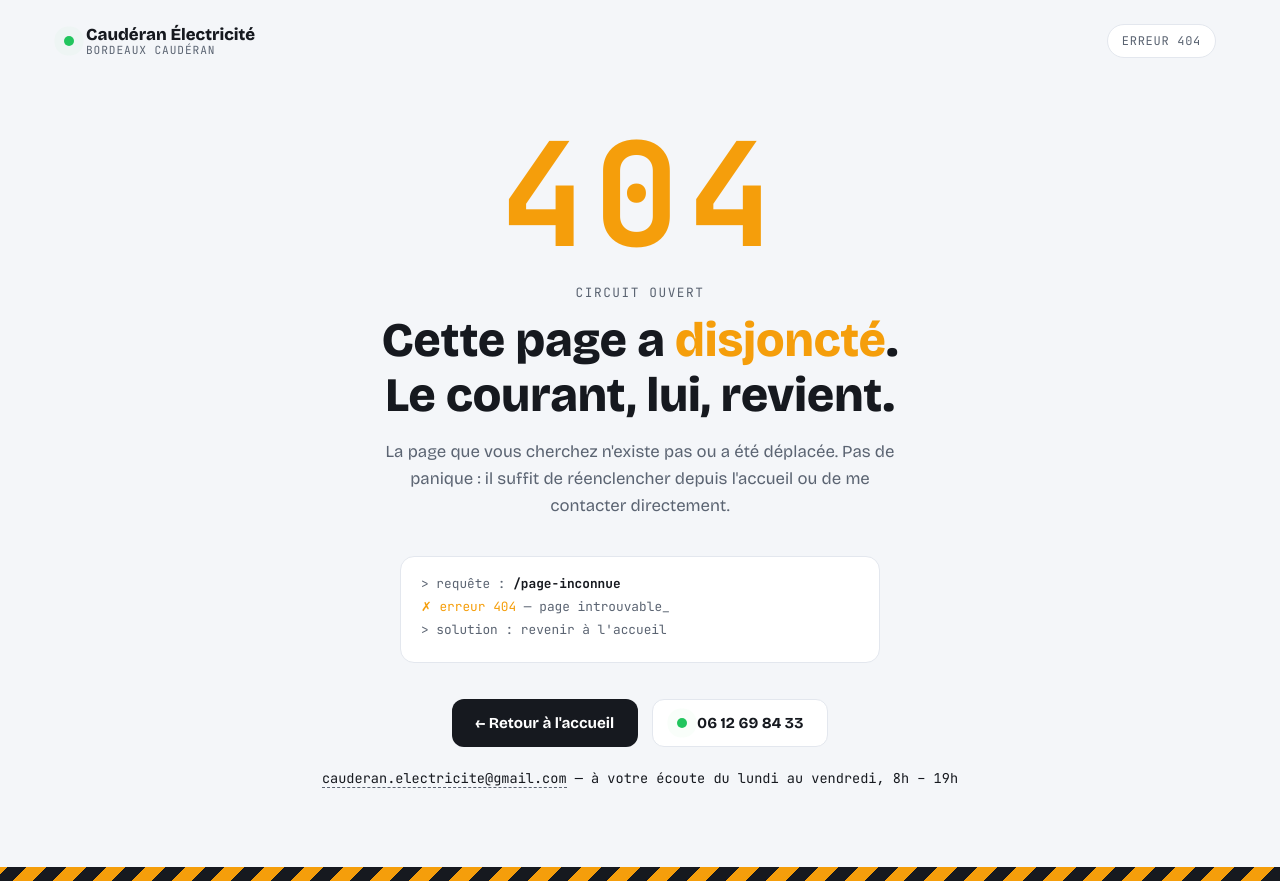
Repository: cauderanelectricite/cauderanelectricite.github.io
Page: 404.html
These files come from the project's save history. The page is drawn as it stood at one moment and after the next save; the edit follows.
The browser window is 1280 px wide. The pictures show the whole page.

Above is the page before, as saved 2026-09-29 20:29:58.

### 404.html
<!DOCTYPE html>
<html lang="fr">
<head>
  <meta charset="UTF-8">
  <meta name="viewport" content="width=device-width, initial-scale=1.0">
  <title>Page introuvable (404) — Caudéran Électricité</title>
  <meta name="description" content="Cette page n'existe pas ou a été déplacée. Retournez à l'accueil de Caudéran Électricité ou contactez directement l'artisan.">
  <meta name="robots" content="noindex, nofollow">
  <meta name="theme-color" content="#F4F6F9">
  <link rel="icon" type="image/png" href="logo.png">

  <link rel="preconnect" href="https://fonts.googleapis.com">
  <link rel="preconnect" href="https://fonts.gstatic.com" crossorigin>
  <link href="https://fonts.googleapis.com/css2?family=Bricolage+Grotesque:opsz,wght@12..96,400;12..96,600;12..96,700;12..96,800&family=JetBrains+Mono:wght@400;600;700&display=swap" rel="stylesheet">

  <style>
    :root {
      --bg: #F4F6F9;
      --txt: #16191F;
      --txt-2: #5B6472;
      --amber: #F59E0B;
      --card: #FFFFFF;
      --border: #E3E7EE;
      --led: #22C55E;
    }

    * { margin: 0; padding: 0; box-sizing: border-box; }

    body {
      font-family: 'Bricolage Grotesque', sans-serif;
      background: var(--bg);
      color: var(--txt);
      min-height: 100vh;
      display: flex;
      flex-direction: column;
    }

    /* ---------- Header ---------- */
    header {
      padding: 24px 5vw;
      display: flex;
      align-items: center;
      justify-content: space-between;
    }

    .brand {
      display: flex;
      align-items: center;
      gap: 12px;
      text-decoration: none;
      color: var(--txt);
    }

    .brand-name {
      font-weight: 800;
      font-size: 1.05rem;
      line-height: 1.1;
    }

    .brand-name small {
      display: block;
      font-family: 'JetBrains Mono', monospace;
      font-weight: 400;
      font-size: 0.7rem;
      color: var(--txt-2);
      text-transform: uppercase;
      letter-spacing: 0.08em;
    }

    .error-code {
      font-family: 'JetBrains Mono', monospace;
      font-size: 0.75rem;
      text-transform: uppercase;
      letter-spacing: 0.06em;
      color: var(--txt-2);
      border: 1px solid var(--border);
      border-radius: 999px;
      padding: 8px 14px;
      background: var(--card);
    }

    /* ---------- LED ---------- */
    .led {
      width: 10px;
      height: 10px;
      border-radius: 50%;
      background: var(--led);
      display: inline-block;
      animation: pulse 2s infinite;
    }

    @keyframes pulse {
      0%   { box-shadow: 0 0 0 0 rgba(34, 197, 94, 0.5); }
      70%  { box-shadow: 0 0 0 10px rgba(34, 197, 94, 0); }
      100% { box-shadow: 0 0 0 0 rgba(34, 197, 94, 0); }
    }

    /* ---------- Main ---------- */
    main {
      flex: 1;
      display: flex;
      flex-direction: column;
      align-items: center;
      justify-content: center;
      text-align: center;
      padding: 40px 5vw 80px;
    }

    /* Grand 404 façon néon fatigué */
    .big-code {
      font-family: 'JetBrains Mono', monospace;
      font-size: clamp(4.5rem, 18vw, 9rem);
      font-weight: 700;
      line-height: 1;
      letter-spacing: 0.05em;
      color: var(--amber);
      animation: flicker 4s infinite;
    }

    @keyframes flicker {
      0%, 100% { opacity: 1; }
      90%      { opacity: 1; }
      91%      { opacity: 0.25; }
      92%      { opacity: 1; }
      95%      { opacity: 0.45; }
      96%      { opacity: 1; }
    }

    .kicker {
      font-family: 'JetBrains Mono', monospace;
      font-size: 0.8rem;
      text-transform: uppercase;
      letter-spacing: 0.12em;
      color: var(--txt-2);
      margin: 18px 0 12px;
    }

    h1 {
      font-size: clamp(1.8rem, 5.5vw, 3rem);
      font-weight: 800;
      line-height: 1.15;
      max-width: 680px;
    }

    h1 span { color: var(--amber); }

    .lead {
      margin-top: 16px;
      font-size: 1.05rem;
      color: var(--txt-2);
      max-width: 520px;
      line-height: 1.6;
    }

    /* ---------- Terminal ---------- */
    .terminal {
      margin-top: 36px;
      width: min(480px, 100%);
      background: var(--card);
      border: 1px solid var(--border);
      border-radius: 14px;
      padding: 18px 20px;
      text-align: left;
    }

    .terminal p {
      font-family: 'JetBrains Mono', monospace;
      font-size: 0.8rem;
      color: var(--txt-2);
      margin-bottom: 6px;
    }

    .terminal p b { color: var(--txt); }
    .terminal .err { color: var(--amber); }
    .terminal .caret::after {
      content: "_";
      animation: blink 1s steps(1) infinite;
    }

    @keyframes blink { 50% { opacity: 0; } }

    /* ---------- Boutons ---------- */
    .actions {
      margin-top: 36px;
      display: flex;
      gap: 14px;
      flex-wrap: wrap;
      justify-content: center;
    }

    .btn, .btn-ghost {
      display: inline-flex;
      align-items: center;
      gap: 10px;
      padding: 14px 24px;
      border-radius: 12px;
      font-weight: 700;
      font-size: 0.95rem;
      text-decoration: none;
      transition: transform 0.15s ease;
    }

    .btn:hover, .btn-ghost:hover { transform: translateY(-2px); }

    .btn {
      background: var(--txt);
      color: #fff;
    }

    .btn-ghost {
      background: var(--card);
      color: var(--txt);
      border: 1px solid var(--border);
    }

    .mail {
      margin-top: 22px;
      font-family: 'JetBrains Mono', monospace;
      font-size: 0.85rem;
    }

    .mail a {
      color: var(--txt);
      text-decoration: none;
      border-bottom: 1px dashed var(--txt-2);
    }

    /* ---------- Hazard ---------- */
    .hazard {
      height: 14px;
      background: repeating-linear-gradient(
        -45deg,
        #16191F 0 14px,
        var(--amber) 14px 28px
      );
    }

    @media (max-width: 560px) {
      .error-code { display: none; }
    }
  </style>
</head>
<body>

  <header>
    <a class="brand" href="/">
      <span class="led" aria-hidden="true"></span>
      <span class="brand-name">
        Caudéran Électricité
        <small>Bordeaux Caudéran</small>
      </span>
    </a>
    <span class="error-code">Erreur 404</span>
  </header>

  <main>
    <div class="big-code" aria-hidden="true">404</div>

    <p class="kicker">Circuit ouvert</p>

    <h1>Cette page a <span>disjoncté</span>.<br>Le courant, lui, revient.</h1>

    <p class="lead">
      La page que vous cherchez n'existe pas ou a été déplacée.
      Pas de panique : il suffit de réenclencher depuis l'accueil
      ou de me contacter directement.
    </p>

    <div class="terminal" role="status">
      <p>&gt; requête : <b>/page-inconnue</b></p>
      <p><span class="err">✗ erreur 404</span> — page introuvable<span class="caret"></span></p>
      <p>&gt; solution : revenir à l'accueil</p>
    </div>

    <div class="actions">
      <a class="btn" href="/">← Retour à l'accueil</a>
      <a class="btn-ghost" href="tel:+33612698433">
        <span class="led" aria-hidden="true"></span> 06 12 69 84 33
      </a>
    </div>

    <p class="mail">
      <a href="mailto:cauderan.electricite@gmail.com">cauderan.electricite@gmail.com</a>
      — à votre écoute du lundi au vendredi, 8h – 19h
    </p>
  </main>

  <div class="hazard" aria-hidden="true"></div>

</body>
</html>

After the next save:
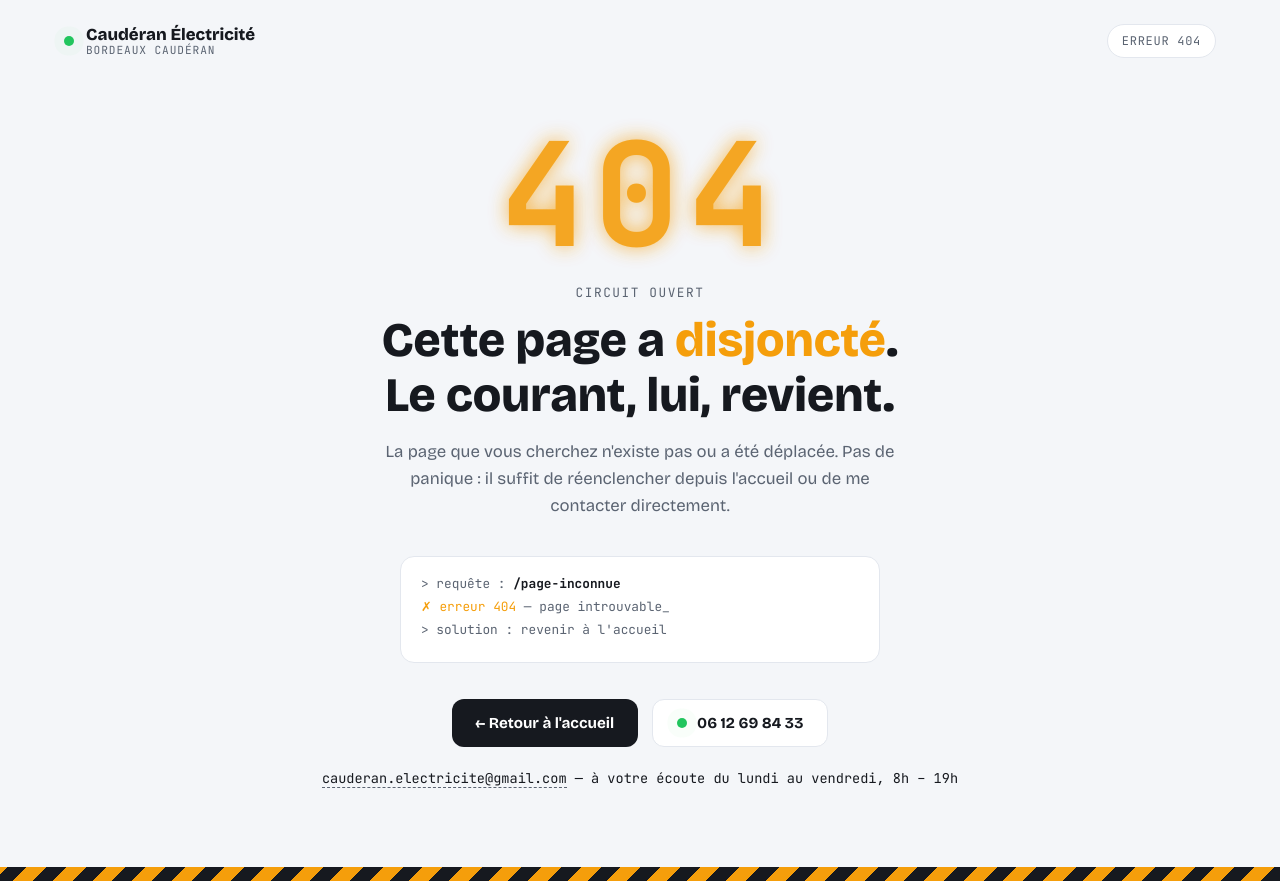
Saved 2 min 3 s later.
--- a/404.html
+++ b/404.html
@@ -107,6 +107,7 @@
     }
 
     /* Grand 404 façon néon fatigué */
+/* Grand 404 façon néon fatigué amélioré */
     .big-code {
       font-family: 'JetBrains Mono', monospace;
       font-size: clamp(4.5rem, 18vw, 9rem);
@@ -114,18 +115,32 @@
       line-height: 1;
       letter-spacing: 0.05em;
       color: var(--amber);
-      animation: flicker 4s infinite;
-    }
-
-    @keyframes flicker {
-      0%, 100% { opacity: 1; }
-      90%      { opacity: 1; }
-      91%      { opacity: 0.25; }
-      92%      { opacity: 1; }
-      95%      { opacity: 0.45; }
-      96%      { opacity: 1; }
-    }
-
+      text-shadow: 0 0 15px rgba(245, 158, 11, 0.6), 0 0 30px rgba(245, 158, 11, 0.3);
+      animation: tiredNeon 6s infinite steps(1);
+    }
+
+    @keyframes tiredNeon {
+      0%, 19%, 21%, 23%, 25%, 54%, 56%, 100% {
+        opacity: 1;
+        text-shadow: 0 0 15px rgba(245, 158, 11, 0.6), 0 0 30px rgba(245, 158, 11, 0.3);
+      }
+      20%, 24%, 55% {
+        opacity: 0.2;
+        text-shadow: none;
+      }
+      60% {
+        opacity: 0.8;
+        text-shadow: 0 0 5px rgba(245, 158, 11, 0.3);
+      }
+      62% {
+        opacity: 0.3;
+        text-shadow: none;
+      }
+      63% {
+        opacity: 0.9;
+        text-shadow: 0 0 20px rgba(245, 158, 11, 0.8);
+      }
+    }
     .kicker {
       font-family: 'JetBrains Mono', monospace;
       font-size: 0.8rem;
